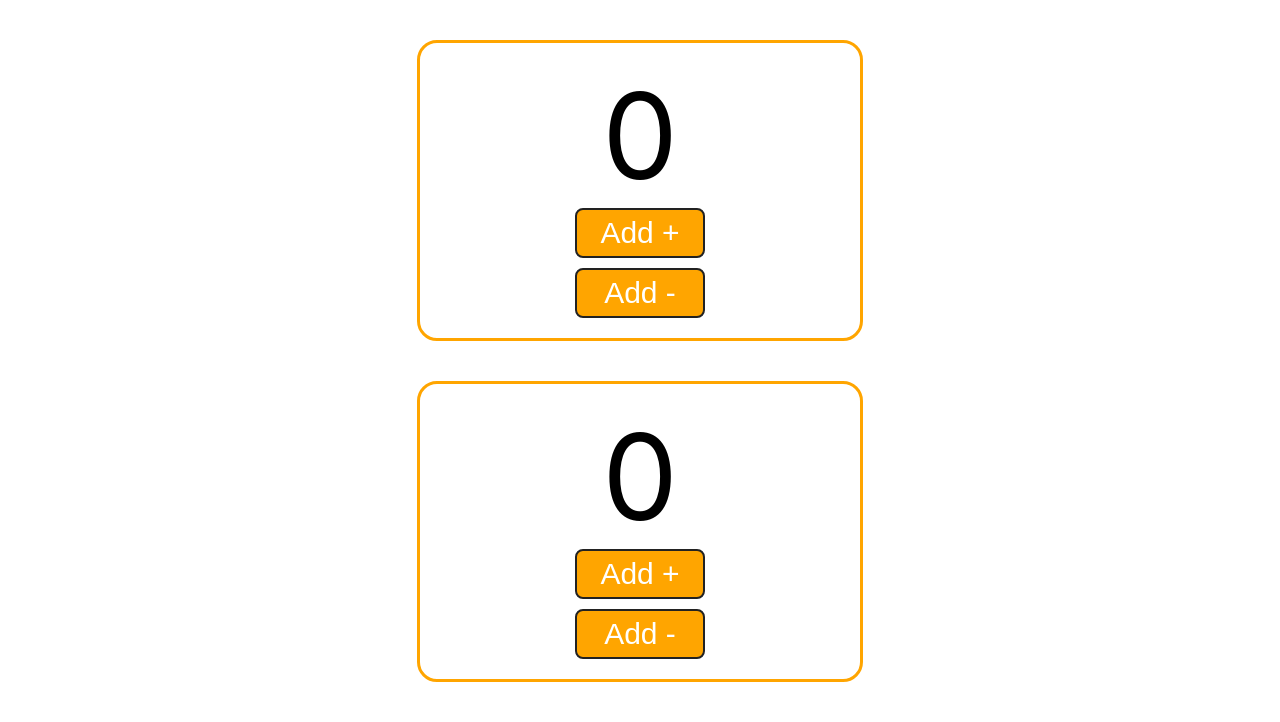
Repository: dnjfht/css-example
Page: /
An editor plug-in stored every save of this project. The page is shown before and after the next save, followed by the edit.
The browser window is 1280 px wide. The pictures show the whole page.
The project was rebuilt for these pictures with package versions that can differ from the ones it lists, and the page was loaded fresh each time.

Above is the page before, as saved 2023-05-09 19:28:40.

### src/App.js
import React, { useState } from "react";
import Counter from "./components/Counter";

export default function App() {
  const [total, setTotal] = useState(0);

  const handleClickTotal = () => {
    setTotal((prev) => prev + 1);
  };
  return (
    <div>
      <Counter total={total} handleClickTotal={handleClickTotal} />
      <Counter />
    </div>
  );
}

### src/components/Counter.jsx
import React, { useState } from "react";

export default function Counter() {
  const [count, setCount] = useState(0);

  const handleClickCountUp = () => {
    setCount((prev) => prev + 1);
  };

  const handleClickCountDown = () => {
    if (count > 0) setCount(count - 1);
  };

  return (
    <div
      style={{
        width: 400,
        padding: 20,
        margin: "40px auto",
        border: "3px solid orange",
        borderRadius: 20,
        display: "flex",
        flexDirection: "column",
        alignItems: "center",
      }}
    >
      <span style={{ fontSize: 120 }}>{count}</span>
      <button
        style={{
          width: 130,
          padding: "6px 16px",
          boxSizing: "border-box",
          backgroundColor: "orange",
          border: "2px solid #222",
          borderRadius: 8,
          fontSize: 30,
          color: "white",
        }}
        onClick={handleClickCountUp}
      >
        Add +
      </button>
      <button
        style={{
          width: 130,
          padding: "6px 16px",
          marginTop: 10,
          boxSizing: "border-box",
          backgroundColor: "orange",
          border: "2px solid #222",
          borderRadius: 8,
          fontSize: 30,
          color: "white",
        }}
        onClick={handleClickCountDown}
      >
        Add -
      </button>
    </div>
  );
}

Loaded but not shown: public/index.html (common file); src/index.js (common file); src/index.css (common file); src/reportWebVitals.js (common file)

After the next save:
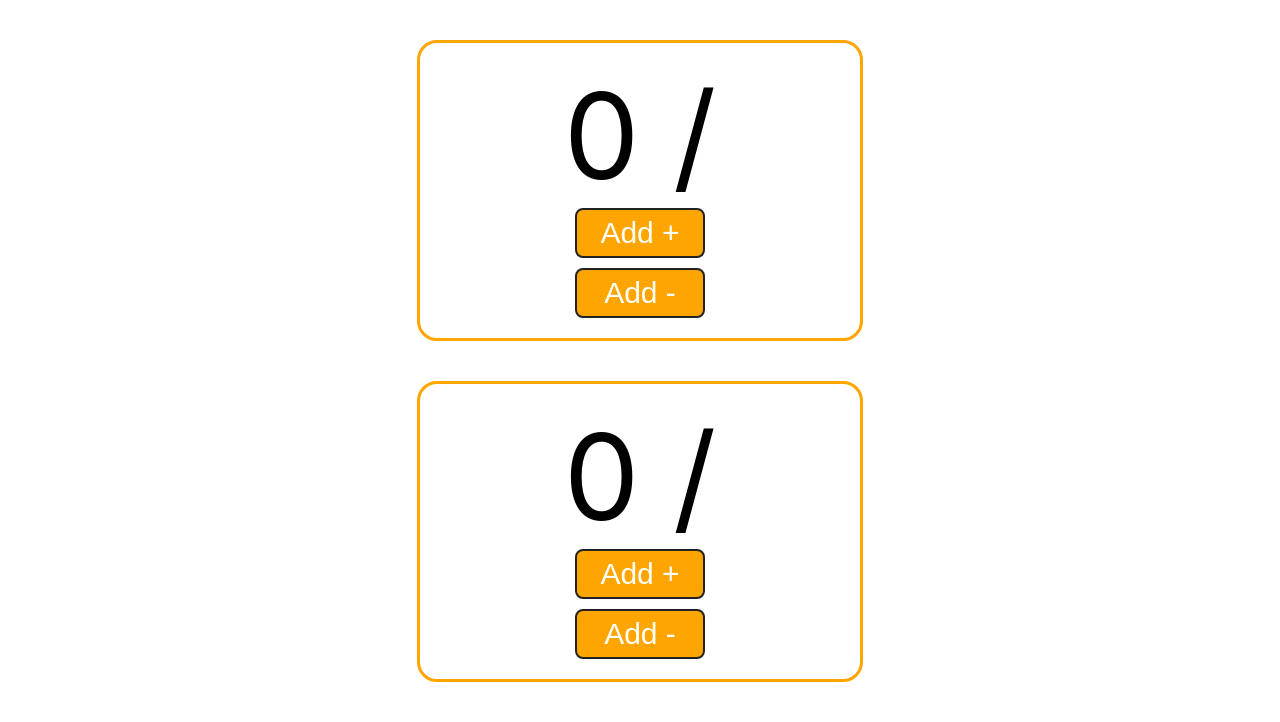
Saved 38 s later.
--- a/src/components/Counter.jsx
+++ b/src/components/Counter.jsx
@@ -7,7 +7,7 @@ export default function Counter() {
     setCount((prev) => prev + 1);
   };
 
-  const handleClickCountDown = () => {
+  const handleClickCountDown = ({ total, handleClickTotal }) => {
     if (count > 0) setCount(count - 1);
   };
 
@@ -24,7 +24,9 @@ export default function Counter() {
         alignItems: "center",
       }}
     >
-      <span style={{ fontSize: 120 }}>{count}</span>
+      <span style={{ fontSize: 120 }}>
+        {count} / <span></span>
+      </span>
       <button
         style={{
           width: 130,
